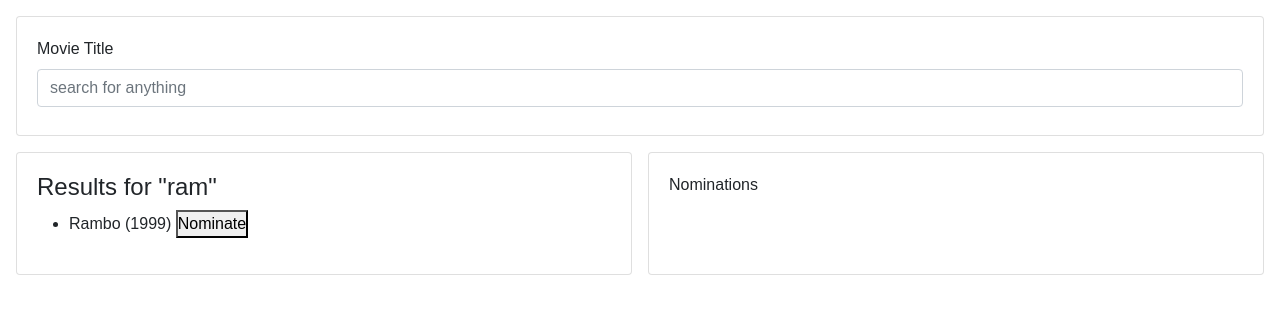
Repository: akinsikuoluwafemi/shoppies-movie-collection
Page: /
These files come from the project's save history. The page is drawn as it stood at one moment and after a run of saves; the edit follows.
The browser window is 1280 px wide. The pictures show the whole page.
The project was rebuilt for these pictures with package versions that can differ from the ones it lists, and the page was loaded fresh each time. Also part of the build but not shown: src/App.css.

Above is the page before, as saved 2021-01-10 09:12:16.

### public/index.html
<!DOCTYPE html>
<html lang="en">
  <head>
    <meta charset="utf-8" />
    <link rel="icon" href="%PUBLIC_URL%/huge.png" />
    <meta name="viewport" content="width=device-width, initial-scale=1" />
    <meta name="theme-color" content="#000000" />
    <meta
      name="description"
      content="Web site created using create-react-app"
    />
    <link rel="apple-touch-icon" href="%PUBLIC_URL%/logo192.png" />


    <link rel="stylesheet" href="https://stackpath.bootstrapcdn.com/bootstrap/4.4.1/css/bootstrap.min.css"
      integrity="sha384-Vkoo8x4CGsO3+Hhxv8T/Q5PaXtkKtu6ug5TOeNV6gBiFeWPGFN9MuhOf23Q9Ifjh" crossorigin="anonymous">
    <!--
      manifest.json provides metadata used when your web app is installed on a
      user's mobile device or desktop. See https://developers.google.com/web/fundamentals/web-app-manifest/
    -->
    <link rel="manifest" href="%PUBLIC_URL%/manifest.json" />
    <!--
      Notice the use of %PUBLIC_URL% in the tags above.
      It will be replaced with the URL of the `public` folder during the build.
      Only files inside the `public` folder can be referenced from the HTML.

      Unlike "/favicon.ico" or "favicon.ico", "%PUBLIC_URL%/favicon.ico" will
      work correctly both with client-side routing and a non-root public URL.
      Learn how to configure a non-root public URL by running `npm run build`.
    -->
    <title>Shoppies Movie Collection</title>
  </head>
  <body>
    <noscript>You need to enable JavaScript to run this app.</noscript>
    <div id="root"></div>
    <!--
      This HTML file is a template.
      If you open it directly in the browser, you will see an empty page.

      You can add webfonts, meta tags, or analytics to this file.
      The build step will place the bundled scripts into the <body> tag.

      To begin the development, run `npm start` or `yarn start`.
      To create a production bundle, use `npm run build` or `yarn build`.
    -->
    <script
  src="https://code.jquery.com/jquery-3.3.1.slim.min.js"
  integrity="sha384-q8i/X+965DzO0rT7abK41JStQIAqVgRVzpbzo5smXKp4YfRvH+8abtTE1Pi6jizo"
  crossorigin="anonymous"
></script>
<script
  src="https://cdnjs.cloudflare.com/ajax/libs/popper.js/1.14.7/umd/popper.min.js"
  integrity="sha384-UO2eT0CpHqdSJQ6hJty5KVphtPhzWj9WO1clHTMGa3JDZwrnQq4sF86dIHNDz0W1"
  crossorigin="anonymous"
></script>
<script
  src="https://stackpath.bootstrapcdn.com/bootstrap/4.3.1/js/bootstrap.min.js"
  integrity="sha384-JjSmVgyd0p3pXB1rRibZUAYoIIy6OrQ6VrjIEaFf/nJGzIxFDsf4x0xIM+B07jRM"
  crossorigin="anonymous"
></script>

  </body>
</html>

### src/index.css

* {
    margin: 0;
    padding: 0;
    box-sizing: border-box;
    font-family: 'Poppins', sans-serif;

}

body {
  margin: 0;
  font-family: -apple-system, BlinkMacSystemFont, 'Segoe UI', 'Roboto', 'Oxygen',
    'Ubuntu', 'Cantarell', 'Fira Sans', 'Droid Sans', 'Helvetica Neue',
    sans-serif;
  -webkit-font-smoothing: antialiased;
  -moz-osx-font-smoothing: grayscale;
}

code {
  font-family: source-code-pro, Menlo, Monaco, Consolas, 'Courier New',
    monospace;
}

### src/App.js
import './App.css';
import Home from './Pages/Home';


function App() {
  return (
    <Home/>
  );
}

export default App;

### src/Pages/Home.js
import React from 'react';
import SearchBar from '../components/SearchBar';
import SearchResults from '../components/SearchResults';
import Nominations from '../components/Nominations';
import './Home.css';



export default function Home() {
    return (
      <div className="home-wrapper">
        <div className="home-wrapper_search">
          <SearchBar />
        </div>
        <div className=" search-wrapper">
          <SearchResults />
          <Nominations />
        </div>
      </div>
    );
}

### src/components/SearchBar.js
import React from 'react'

// http://www.omdbapi.com/?i=tt3896198&apikey=2a3aa076

export default function SearchBar() {
    return (
      <div class="card w-100">
            <div class="card-body">
                <div class="mb-2">
                    <label for="movie" class="form-label">Movie Title</label>
                    <input type="search" class="form-control" placeholder="search for anything"/>
                </div>
            </div>
      </div>
    );
}

### src/components/SearchResults.js
import React from 'react';
import CardWrapper from './CardWrapper';
import '../Pages/Home.css';


export default function SearchResults() {
    return (
        <CardWrapper>
            <h4>Results for "ram"</h4>
            <ul className="list">
                <li className="list-item" >Rambo (1999) <button >Nominate</button></li>
            </ul>
      </CardWrapper>
    );
}

### src/components/Nominations.js
import React from 'react';
import CardWrapper from './CardWrapper';


export default function Nominations() {
    return <CardWrapper>Nominations</CardWrapper>;
}

### src/Pages/Home.css
.home-wrapper {
    padding: 1rem;
}

.search-wrapper {
    /* background: pink; */
    width: 100%;
    /* padding-top: 2rem; */
    display: grid;
    grid-template-rows: repeat(2,1fr);
    grid-template-columns: repeat(auto-fit, minmax(200px, 1fr));
    grid-gap: 1rem;
}
.home-wrapper_search {
    /* margin: .5rem; */
    padding-bottom: 1rem;

}

.list > li {
    margin-left: 2rem!important;
}

### src/components/CardWrapper.js
import React from 'react'

export default function CardWrapper({children}) {
    return (
      <div className="card w-100">
            <div className="card-body">{ children}</div>
      </div>
    );
}

Loaded but not shown: src/index.js (common file); src/reportWebVitals.js (common file)

After the next 2 saves:
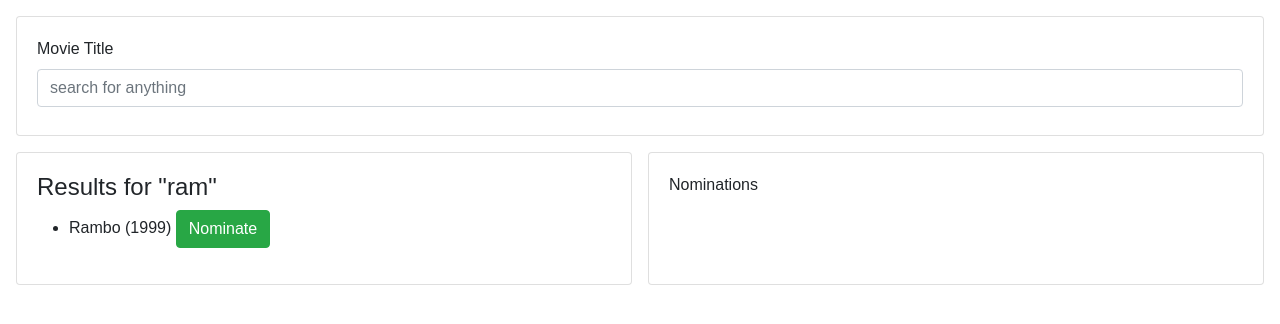
The 2 saves are shown as one change because they came seconds apart.
The last was saved 9 s later.
--- a/src/components/SearchResults.js
+++ b/src/components/SearchResults.js
@@ -8,7 +8,7 @@ export default function SearchResults() {
         <CardWrapper>
             <h4>Results for "ram"</h4>
             <ul className="list">
-                <li className="list-item" >Rambo (1999) <button >Nominate</button></li>
+                <li className="list-item" >Rambo (1999) <button className="btn btn-success" >Nominate</button></li>
             </ul>
       </CardWrapper>
     );
